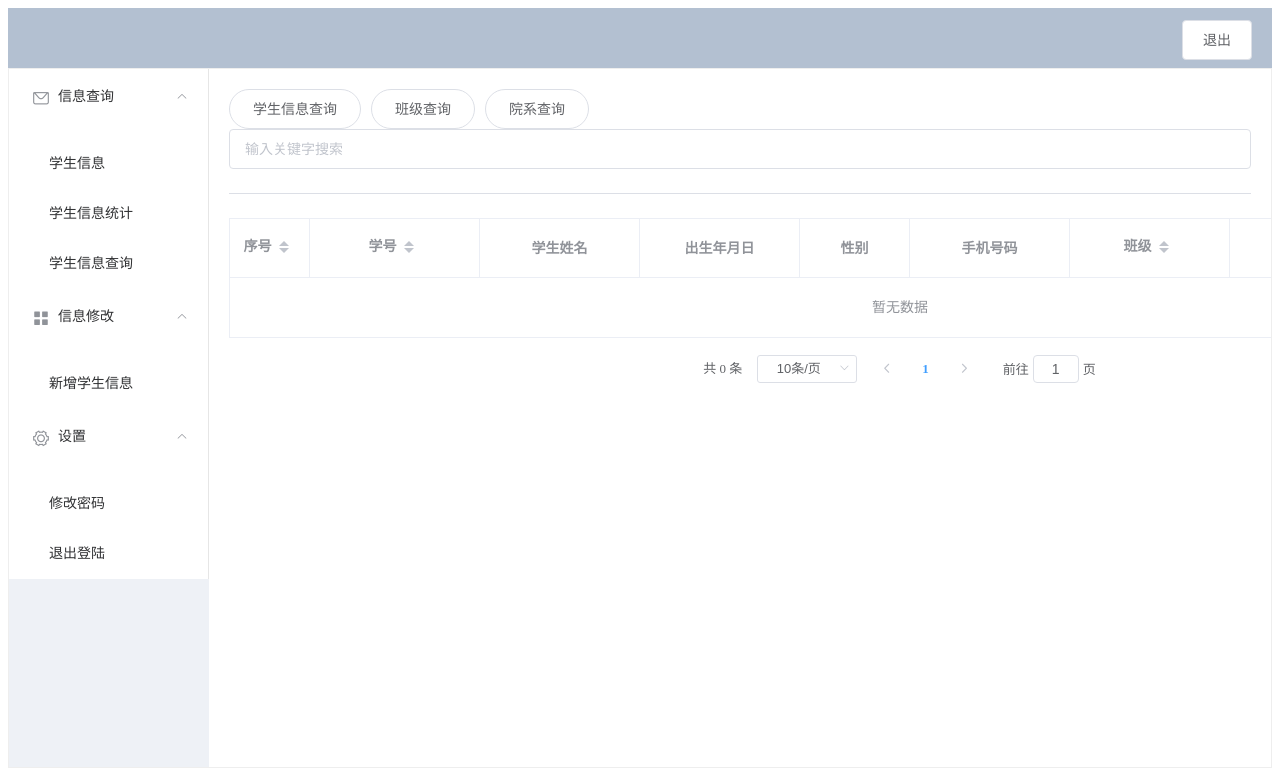
Repository: zhu-jun-xian/Student_information_management_system
Page: /selectstudent (app in front_end/front_end/)
These files come from the project's save history. The page is drawn as it stood at one moment and after a run of saves; the edit follows.
The browser window is 1280 px wide. The pictures show the whole page.
The page's requests for data from a server got no answer. The project was rebuilt for these pictures with package versions that can differ from the ones it lists, and the page was loaded fresh each time. No one was signed in, and anything a server would have sent is missing. Also part of the build but not shown: front_end/front_end/src/components/login.vue, front_end/front_end/src/components/register.vue.

Above is the page before, as saved 2020-11-23 19:16:35.

After the next 2 saves:
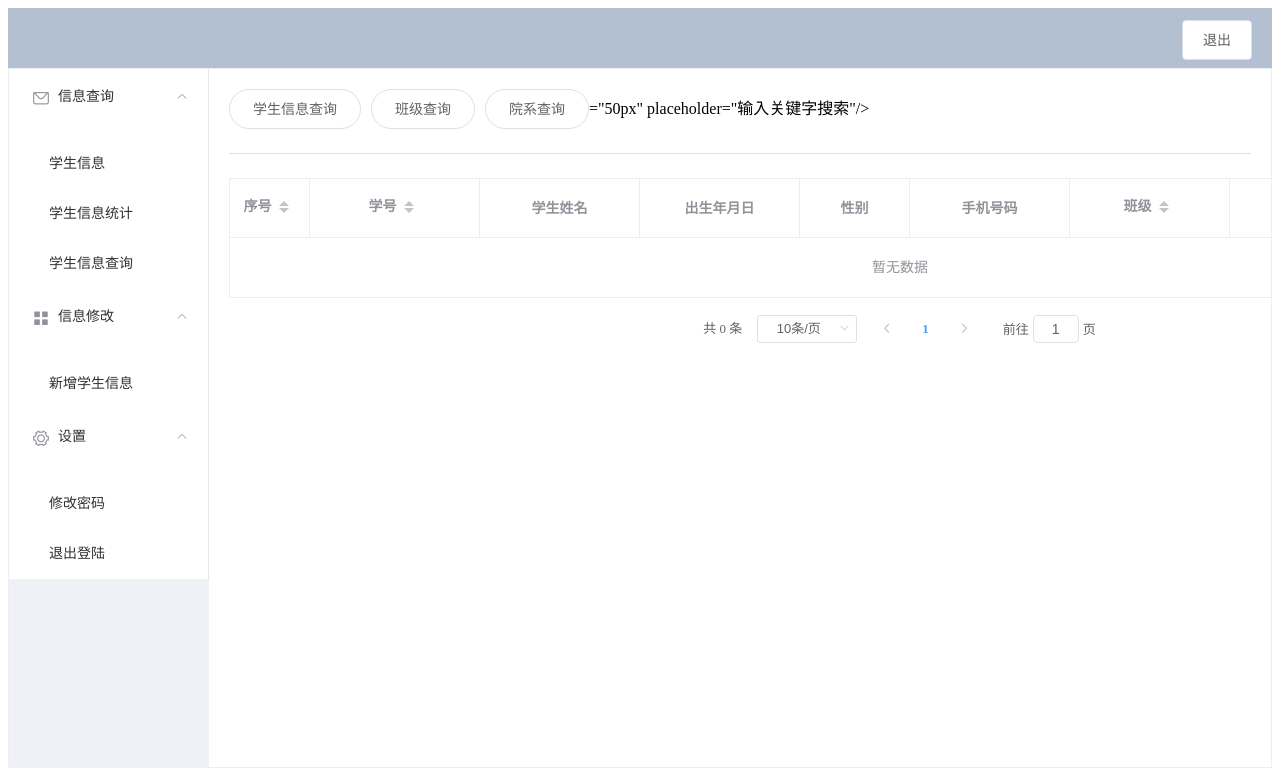
The 2 saves are shown as one change because they came seconds apart.
The last was saved 16 s later.
--- a/front_end/front_end/src/components/User/selectstudent.vue
+++ b/front_end/front_end/src/components/User/selectstudent.vue
@@ -5,7 +5,7 @@
         <el-button round  >学生信息查询</el-button>
         <el-button round   @click.native="selectclassVisible=true">班级查询</el-button>
         <el-button round   @click.native="selectgendVisible=true">院系查询</el-button>
-        <el-input  v-model="search" align="right" width="50px" placeholder="输入关键字搜索"/>
+        <el-input  v-model="search" align="right" size= width="50px" placeholder="输入关键字搜索"/>
       </el-row>
       <el-divider></el-divider>
     </div>
